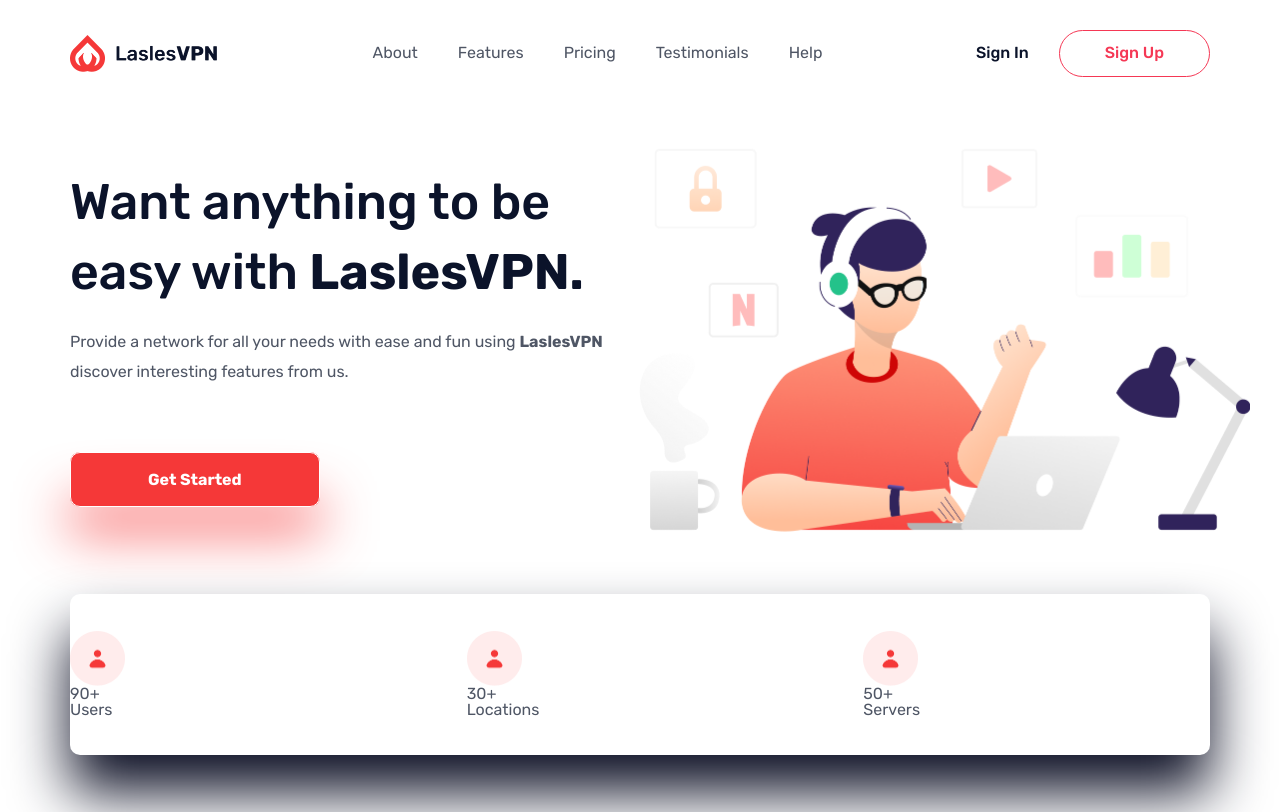
Repository: thefellowshiplotr/lasles_recode
Page: index.html
An editor plug-in stored every save of this project. The page is shown before and after the next save, followed by the edit.
The browser window is 1280 px wide. The pictures show the whole page.
The style sheet was rebuilt from its Sass, Less or Tailwind sources for each picture, by a compiler version that may differ from the author's.

Above is the page before, as saved 2022-10-28 14:41:09.

After the next save:
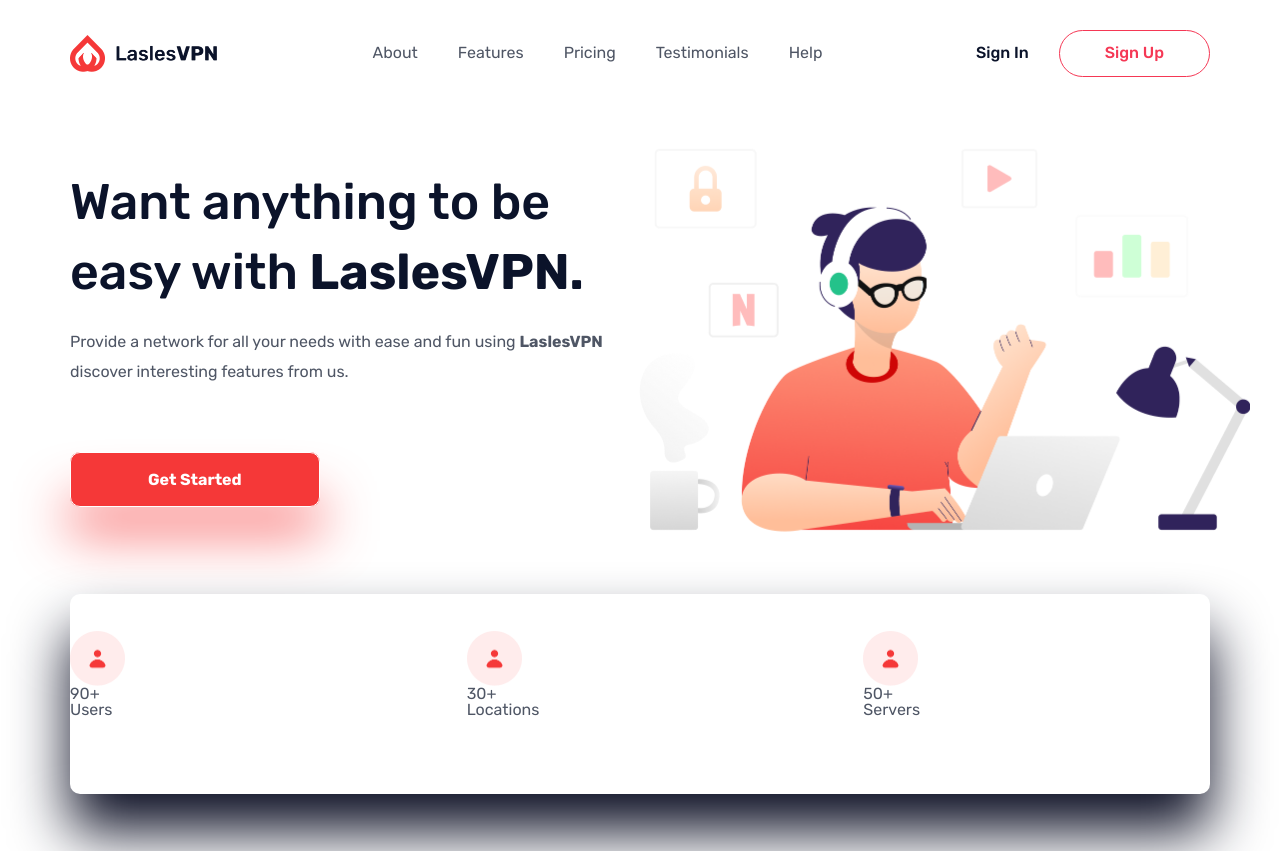
Saved 44 s later.
--- a/sass/_intro.scss
+++ b/sass/_intro.scss
@@ -8,6 +8,6 @@
     display: grid;
     grid-template-columns: repeat(3, minmax(0, 1fr));
     grid-gap: 0 50px;
-    align-items: center;
+    min-height: 200px;
   }
 }
